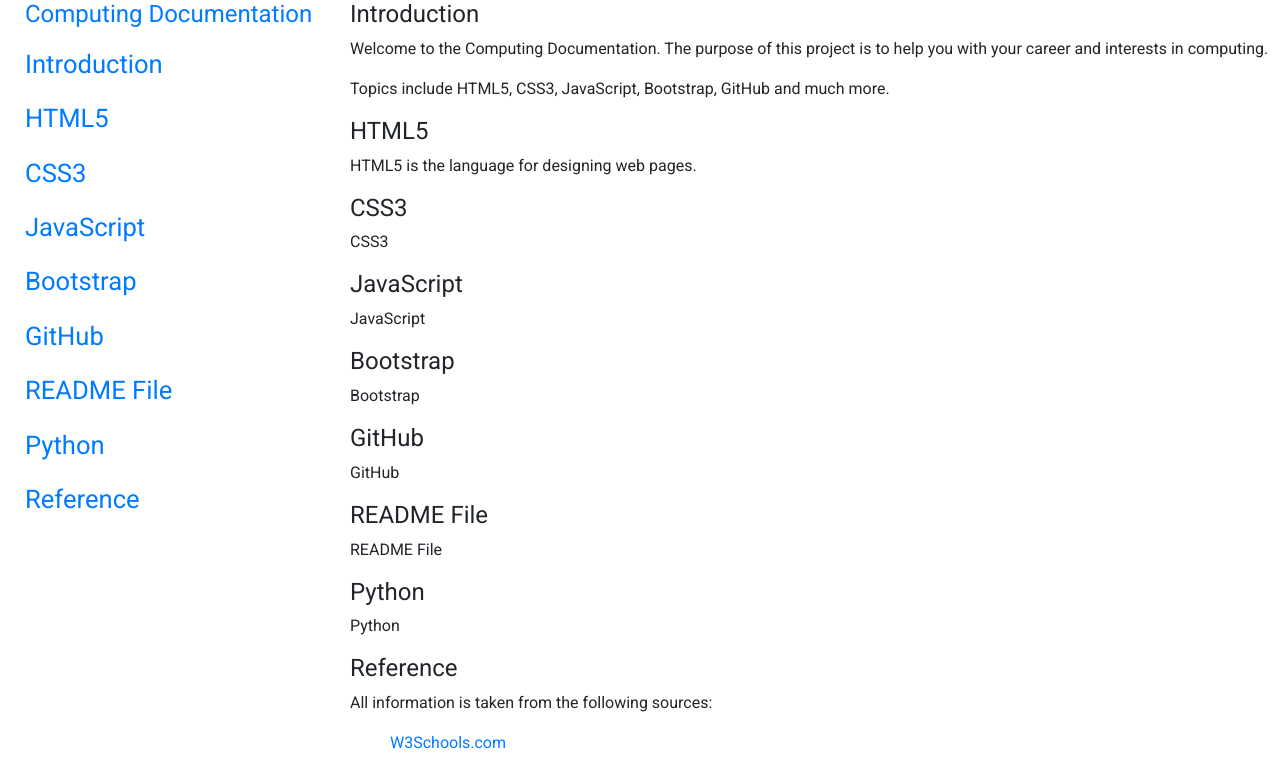
Repository: derektypist/technical-documentation-page
Page: index.html
The author's editor kept a record of every edit. The page is drawn from the files as they stood at one moment, then again after the next edit.
The browser window is 1280 px wide. The pictures show the whole page.

Above is the page before.

### index.html
<!DOCTYPE html>
<html lang="en">

<head>
  <meta charset="UTF-8">
  <meta name="viewport" content="width=device-width, initial-scale=1.0">
  <meta http-equiv="X-UA-Compatible" content="ie=edge">
  <title>Technical Documentation Page</title>
  <!-- Load Style Sheets -->
  <link rel="stylesheet" href="https://maxcdn.bootstrapcdn.com/bootstrap/4.4.1/css/bootstrap.min.css" integrity="sha384-Vkoo8x4CGsO3+Hhxv8T/Q5PaXtkKtu6ug5TOeNV6gBiFeWPGFN9MuhOf23Q9Ifjh" crossorigin="anonymous">
  <link href="https://fonts.googleapis.com/css?family=Roboto|Roboto+Mono&display=swap" rel="stylesheet">
  <style>
    /* Navigation */

    #navbar {
      font-family: "Roboto", Arial, Verdana, sans-serif;
      margin-left: 25px;
      font-size: 2vw;
      position: fixed;
    }

    /* Main Content */

    #main-doc {
      font-family: "Roboto", Arial, Verdana, sans-serif;
      padding-left: 300px;
    }

    /* Main Section */

    .main-section {
      margin-left: 50px;
    }
  </style>
</head>

<body>
  <!-- Set Up Navigation -->
  <nav class="navbar-nav" id="navbar">
    <header>
      <h4><a href="index.html" title="Return to Home Page">Computing Documentation</a></h4>
    </header>


    <!-- Set Up List Items Vertically -->
    <ul class="navbar-nav">
      <li class="nav-item">
        <a class="nav-link" href="#Introduction">Introduction</a>
      </li>
      <li class="nav-item">
        <a class="nav-link" href="#HTML5">HTML5</a>
      </li>
      <li class="nav-item">
        <a class="nav-link" href="#CSS3">CSS3</a>
      </li>
      <li class="nav-item">
        <a class="nav-link" href="#JavaScript">JavaScript</a>
      </li>
      <li class="nav-item">
        <a class="nav-link" href="#Bootstrap">Bootstrap</a>
      </li>
      <li class="nav-item">
        <a class="nav-link" href="#GitHub">GitHub</a>
      </li>
      <li class="nav-item">
        <a class="nav-link" href="#README_File">README File</a>
      </li>
      <li class="nav-item">
        <a class="nav-link" href="#Python">Python</a>
      </li>
      <li>
        <a class="nav-link" href="#Reference">Reference</a>
      </li>
  </nav>

  <!-- Set Up Main Content -->
  <main id="main-doc">

    <!-- Provide Section for Introduction -->
    <section class="main-section" id="Introduction">
      <header>
        <h4>Introduction</h4>
      </header>
      <article>
        <p>Welcome to the Computing Documentation. The purpose of this project is to help you with your career and interests in computing.</p>
        <p>Topics include HTML5, CSS3, JavaScript, Bootstrap, GitHub and much more.</p>
      </article>
    </section>

    <!-- Provide Section for HTML5 -->
    <section class="main-section" id="HTML5">
      <header>
        <h4>HTML5</h4>
      </header>
      <article>
        <p>HTML5 is the language for designing web pages.</p>
      </article>
    </section>

    <!-- Provide Section for CSS3 -->
    <section class="main-section" id="CSS3">
      <header>
        <h4>CSS3</h4>
      </header>
      <article>
        <p>CSS3</p>
      </article>
    </section>

    <!-- Provide Section for JavaScript -->
    <section class="main-section" id="JavaScript">
      <header>
        <h4>JavaScript</h4>
      </header>
      <article>
        <p>JavaScript</p>
      </article>
    </section>

    <!-- Provide Section for Bootstrap -->
    <section class="main-section" id="Bootstrap">
      <header>
        <h4>Bootstrap</h4>
      </header>
      <article>
        <p>Bootstrap</p>
      </article>
    </section>


    <!-- Provide Section for GitHub -->
    <section class="main-section" id="GitHub">
      <header>
        <h4>GitHub</h4>
      </header>
      <article>
        <p>GitHub</p>
      </article>
    </section>

    <!-- Provide Section for README File -->
    <section class="main-section" id="README_File">
      <header>
        <h4>README File</h4>
      </header>
      <article>
        <p>README File</p>
      </article>
    </section>

    <!-- Provide Section for Python -->
    <section class="main-section" id="Python">
      <header>
        <h4>Python</h4>
      </header>
      <article>
        <p>Python</p>
      </article>
    </section>

    <!-- Provide Section for Reference -->
    <section class="main-section" id="Reference">
      <header>
        <h4>Reference</h4>
      </header>
      <article>
        <p>All information is taken from the following sources:</p>
        <ul>
          <a href="https://www.w3schools.com" target="_blank" title="W3Schools.com">W3Schools.com</a>
        </ul>
      </article>
    </section>
  </main>
</body>

</html>

After the next edit:
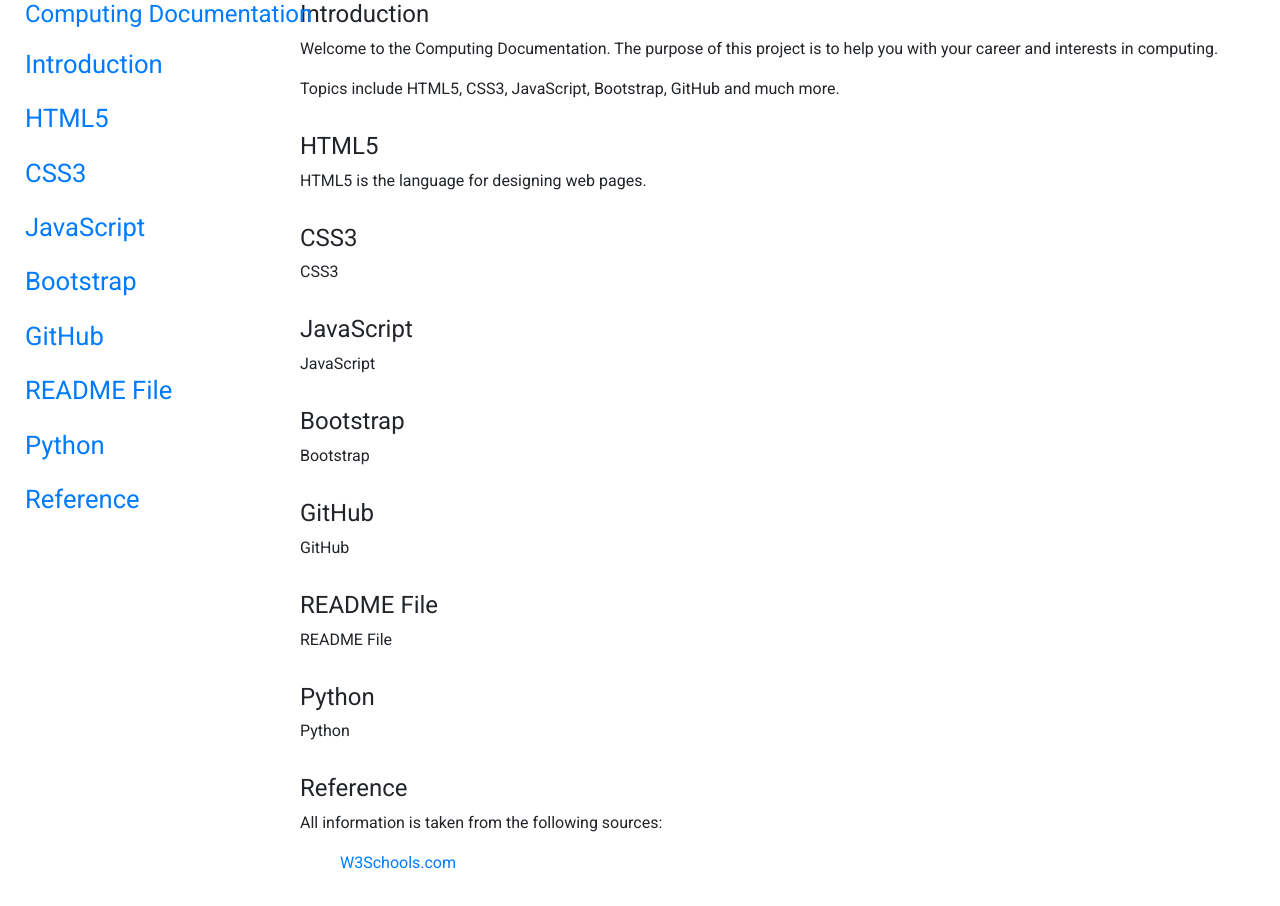
The edit:
--- a/index.html
+++ b/index.html
@@ -29,7 +29,7 @@
     /* Main Section */
 
     .main-section {
-      margin-left: 50px;
+      padding-bottom: 15px;
     }
   </style>
 </head>
